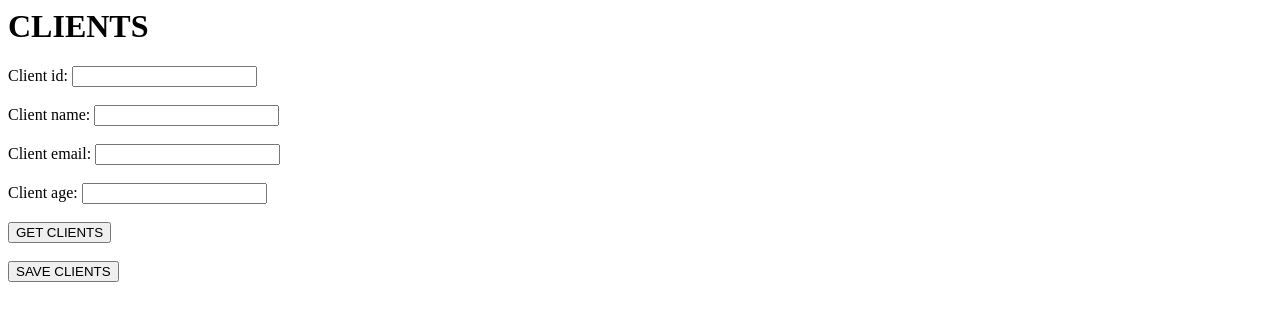
Repository: almendezl/MisionTIC
Page: index.html
These files come from the project's save history. The page is drawn as it stood at one moment and after the next save; the edit follows.
The browser window is 1280 px wide. The pictures show the whole page.
Empty fields were first filled with sample values (such as "Sample", 5 or name@example.com).
After loading, the first visible `button[onclick="setClient()"]` was clicked once.
The page's requests for data from a server got no answer.

Above is the page before, as saved 2022-10-01 20:20:45.

After the next save:
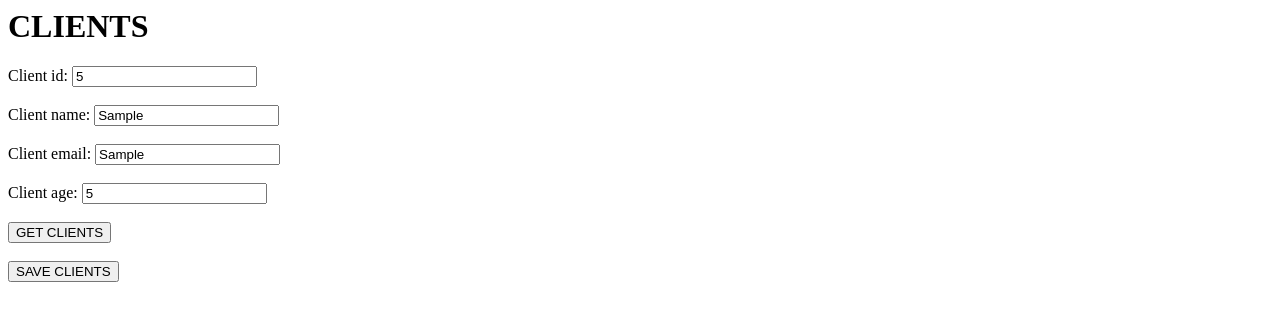
Saved 52 s later.
--- a/myScript.js
+++ b/myScript.js
@@ -50,11 +50,15 @@ function setClient(){
         type: 'POST',
         dataType: 'json',
         data: dataToSend,
-        contentType: "application/json",
+        // contentType: "application/json",
 
         success: function(json){
             console.log(json);
-
+            //Clean the inputs
+            $("#clientId").val('');
+            $("#clientName").val('');
+            $("#clientEmail").val('');
+            $("#clientAge").val('');
         },
         error: function(xhr, status){
             //alert("A problem has occurred");
@@ -62,11 +66,7 @@ function setClient(){
         },
         complete: function(xhr, status){
             //alert("Request made");
-            //Clean the inputs
-            $("#clientId").val('');
-            $("#clientName").val('');
-            $("#clientEmail").val('');
-            $("#clientAge").val('');
+
         }
     });
 
